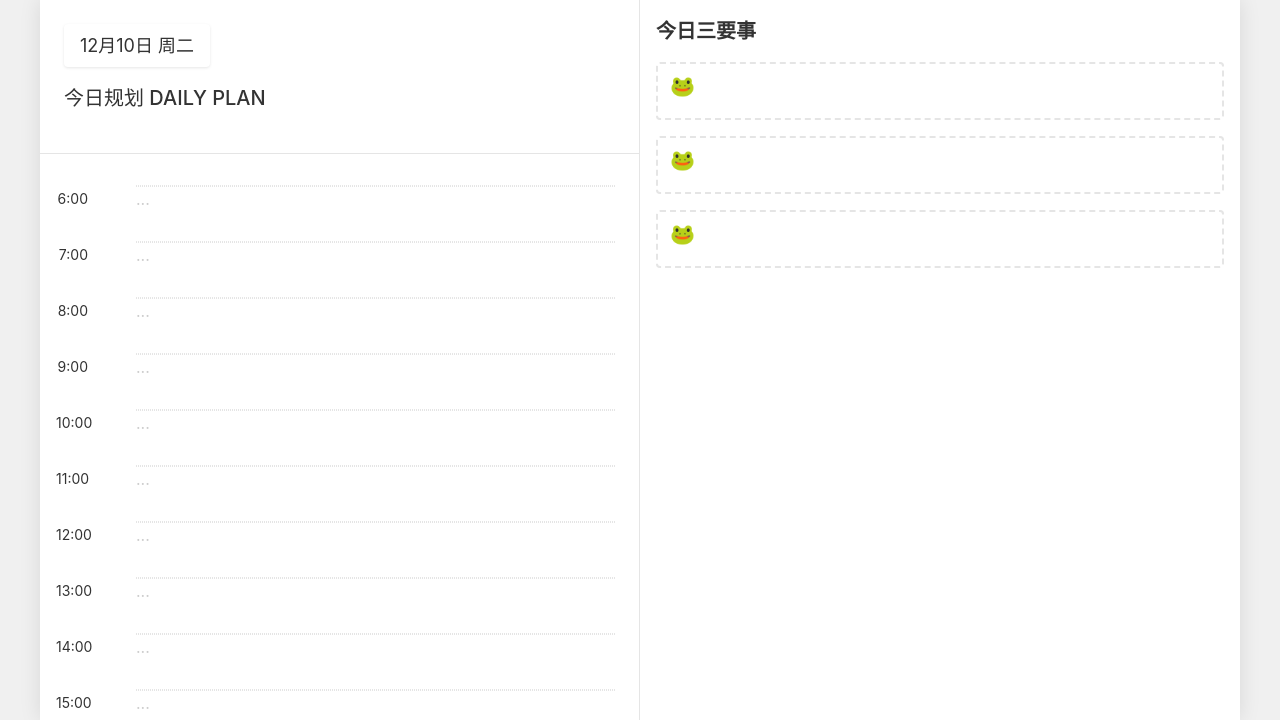
Repository: a6288a/Daily-Planner
Page: index.html
The author's editor kept a copy of each file at every save. The page is drawn from the files as they stood at one save, then again after the next save.
The browser window is 1280 px wide. The pictures show the whole page.
An inner scrolling area shows only its first screen.

Above is the page before, as saved 2024-12-10 17:34:15.

### index.html
<!DOCTYPE html>
<html lang="zh">
<head>
    <meta charset="UTF-8">
    <meta name="viewport" content="width=device-width, initial-scale=1.0">
    <title>每日规划笔记本</title>
    <link rel="stylesheet" href="styles.css">
</head>
<body>
    <div class="container">
        <!-- 左侧时间轴区域 -->
        <div class="timeline-area">
            <!-- 顶部日期区域 -->
            <div class="date-header">
                <div class="current-date" id="current-date">
                    <!-- 日期将通过 JS 动态生成 -->
                </div>
                <h1 class="page-title">今日规划 DAILY PLAN</h1>
            </div>
            <div class="timeline-container" id="timeline-container">
                <!-- 时间轴将通过 JS 动态生成 -->
            </div>
        </div>

        <!-- 右侧区域 -->
        <div class="right-area">
            <!-- 三只青蛙区域 -->
            <div class="frogs-area">
                <h2 class="frogs-title">今日三要事</h2>
                <div class="frog-tasks">
                    <div class="frog-task">
                        <span class="frog-emoji">🐸</span>
                        <div class="task-content" data-index="0">点击设置重要事项</div>
                        <button class="task-clear" title="清除">×</button>
                    </div>
                    <div class="frog-task">
                        <span class="frog-emoji">🐸</span>
                        <div class="task-content" data-index="1">点击设置重要事项</div>
                        <button class="task-clear" title="清除">×</button>
                    </div>
                    <div class="frog-task">
                        <span class="frog-emoji">🐸</span>
                        <div class="task-content" data-index="2">点击设置重要事项</div>
                        <button class="task-clear" title="清除">×</button>
                    </div>
                </div>
            </div>

            <!-- 自由记录区域 -->
            <div class="free-area" id="free-area">
                <!-- 便签将通过 JS 动态生成 -->
            </div>
        </div>
    </div>
    <script src="script.js"></script>
</body>
</html>

### styles.css
:root {
    /* 纸张风格颜色变量 */
    --paper-color: #ffffff;
    --ink-color: #333333;
    --dot-color: #cccccc;
    --line-color: #e5e5e5;
    --accent-color: #4a90e2;

    /* 间距变量 */
    --spacing-unit: 8px;

    /* 字体变量 */
    --title-font: 'PingFang SC', -apple-system, BlinkMacSystemFont, 'Segoe UI', Roboto, sans-serif;
}

* {
    margin: 0;
    padding: 0;
    box-sizing: border-box;
}

body {
    font-family: var(--title-font);
    color: var(--ink-color);
    background-color: #f0f0f0;
    line-height: 1.5;
}

.container {
    display: grid;
    grid-template-columns: 1fr 1fr;
    min-height: 100vh;
    width: 100%;
    max-width: 1200px;
    margin: 0 auto;
    background: var(--paper-color);
    box-shadow: 0 0 20px rgba(0,0,0,0.1);
}

/* 日期头部样式 */
.date-header {
    padding: calc(var(--spacing-unit) * 3);
    border-bottom: 1px solid var(--line-color);
}

.page-title {
    font-size: 1.25rem;
    font-weight: 500;
    margin-bottom: calc(var(--spacing-unit) * 2);
    color: var(--ink-color);
}

.calendar {
    font-size: 0.75rem;
    color: var(--ink-color);
}

.month-grid {
    display: grid;
    grid-template-columns: repeat(12, 1fr);
    gap: 4px;
    margin-bottom: calc(var(--spacing-unit) * 2);
}

.weekday-row {
    display: grid;
    grid-template-columns: repeat(7, 1fr);
    gap: 4px;
}

/* 时间轴区域样式 */
.timeline-area {
    border-right: 1px solid var(--line-color);
    background: var(--paper-color);
    height: 100vh;
    overflow-y: auto;
    padding: 0;
}

.timeline-container {
    padding: calc(var(--spacing-unit) * 2);
}

.time-slot {
    position: relative;
    padding: calc(var(--spacing-unit) * 1.5) 0;
    margin-left: calc(var(--spacing-unit) * 6);
    min-height: 32px;
    display: flex;
    align-items: center;
}

.time-label {
    position: absolute;
    left: calc(var(--spacing-unit) * -6);
    top: 50%;
    transform: translateY(-50%);
    font-size: 0.875rem;
    color: var(--ink-color);
    width: calc(var(--spacing-unit) * 4);
    text-align: right;
}

.time-content {
    position: relative;
    flex: 1;
    margin-left: calc(var(--spacing-unit) * 3);
    min-height: 24px;
    padding: 4px 8px;
    cursor: text;
    z-index: 1;
}

/* 点状引导线 */
.time-content::before {
    content: '';
    position: absolute;
    left: calc(var(--spacing-unit) * -2);
    right: 8px;
    top: 50%;
    border-top: 1px dotted var(--dot-color);
    z-index: -1;
}

/* 时间轴内容的占位符 */
.time-content:empty::before {
    content: '...';
    color: var(--dot-color);
    position: absolute;
    left: 8px;
    top: 50%;
    transform: translateY(-50%);
    z-index: 0;
}

/* 时间轴内容的编辑状态 */
.time-content:focus {
    outline: none;
    background-color: rgba(74, 144, 226, 0.05);
}

.time-content:hover {
    background-color: rgba(0, 0, 0, 0.02);
}

/* 自由区域样式 */
.free-area {
    flex: 1;
    overflow: auto;
    padding: calc(var(--spacing-unit) * 2);
    position: relative;
    overflow: hidden;
}

.note {
    position: absolute;
    min-width: 200px;
    min-height: 120px;
    max-width: calc(100% - 20px);
    max-height: calc(100% - 20px);
    background: var(--paper-color);
    border-radius: 4px;
    padding: 0;
    box-shadow: 0 2px 4px rgba(0,0,0,0.1);
    user-select: none;
    transform: translate3d(0, 0, 0);
    transition: box-shadow 0.2s ease;
}

.note:hover {
    box-shadow: 0 4px 8px rgba(0,0,0,0.15);
}

.editable {
    width: 100%;
    height: 100%;
    border: none;
    resize: none;
    font-family: inherit;
    font-size: 0.9375rem;
    color: var(--text-primary);
    background: transparent;
    padding: 0;
}

.editable:focus {
    outline: none;
}

/* 响应式设计 */
@media (max-width: 768px) {
    .container {
        grid-template-columns: 1fr; /* 在小屏幕上堆叠显示 */
    }

    .timeline-area,
    .right-area {
        height: 50vh; /* 上下各占一半 */
    }

    .time-label {
        font-size: 0.75rem;
        left: calc(var(--spacing-unit) * -6);
    }

    .note {
        min-width: 160px;
        min-height: 100px;
    }
}

/* 滚动条美化 */
::-webkit-scrollbar {
    width: 8px;
}

::-webkit-scrollbar-track {
    background: var(--background-color);
}

::-webkit-scrollbar-thumb {
    background: var(--primary-light);
    border-radius: 4px;
}

::-webkit-scrollbar-thumb:hover {
    background: var(--primary-color);
}

/* 修改右侧区域结构 */
.right-area {
    display: flex;
    flex-direction: column;
    height: 100vh;
    background: var(--background-color);
}

/* 三只蛙区域样式 */
.frogs-area {
    background: var(--surface-color);
    padding: calc(var(--spacing-unit) * 2);
    box-shadow: var(--shadow-1);
    border-bottom: 1px solid var(--border-color);
}

.frogs-title {
    font-size: 1.25rem;
    color: var(--text-primary);
    margin-bottom: calc(var(--spacing-unit) * 2);
    display: flex;
    align-items: center;
    gap: var(--spacing-unit);
}

.frog-emoji {
    font-size: 1.25rem;
    line-height: 1;
}

.frog-tasks {
    display: grid;
    gap: calc(var(--spacing-unit) * 2);
    margin-bottom: var(--spacing-unit);
}

.frog-task {
    display: flex;
    align-items: center;
    gap: calc(var(--spacing-unit) * 2);
    padding: calc(var(--spacing-unit) * 1.5);
    background: var(--paper-color);
    border: 2px dashed var(--line-color);
    border-radius: 4px;
    min-height: calc(var(--spacing-unit) * 6);
    transition: all 0.2s ease;
    cursor: pointer;
}

.frog-task:hover {
    border-color: var(--accent-color);
    background-color: rgba(74, 144, 226, 0.05);
}

.task-content {
    flex: 1;
    color: var(--text-secondary);
}

.task-content.has-content {
    color: var(--ink-color);
}

.task-clear {
    opacity: 0;
    background: none;
    border: none;
    font-size: 1.2rem;
    color: var(--text-secondary);
    cursor: pointer;
    padding: 4px;
    transition: all 0.2s ease;
}

.frog-task:hover .task-clear {
    opacity: 0.6;
}

.task-clear:hover {
    opacity: 1 !important;
    color: #ff4444;
}

/* 修改自由区域样式 */
.free-area {
    flex: 1;
    overflow: auto;
    padding: calc(var(--spacing-unit) * 2);
    position: relative;
}

/* 响应式设计更新 */
@media (max-width: 768px) {
    .container {
        grid-template-columns: 1fr;
    }

    .timeline-area,
    .right-area {
        height: 50vh;
    }

    .frogs-area {
        padding: var(--spacing-unit);
    }

    .frog-tasks {
        gap: var(--spacing-unit);
    }

    .frog-task {
        padding: var(--spacing-unit);
        min-height: calc(var(--spacing-unit) * 5);
    }
}

/* 修改日期头部样式 */
.current-date {
    font-size: 1rem;
    color: var(--ink-color);
    margin-bottom: calc(var(--spacing-unit) * 2);
    cursor: pointer;
    display: inline-block;
    padding: 8px 16px;
    border-radius: 4px;
    background-color: var(--paper-color);
    box-shadow: 0 1px 3px rgba(0,0,0,0.1);
    transition: all 0.2s ease;
}

.current-date:hover {
    background-color: var(--line-color);
    box-shadow: 0 2px 5px rgba(0,0,0,0.15);
}

/* 修改签样式 */
.note {
    position: absolute;
    min-width: 200px;
    min-height: 120px;
    background: var(--paper-color);
    border-radius: 4px;
    padding: 0;
    box-shadow: 0 2px 4px rgba(0,0,0,0.1);
    user-select: none;
    transform: translate3d(0, 0, 0);
}

.note-header {
    padding: 8px;
    background-color: rgba(0, 0, 0, 0.02);
    border-top-left-radius: 4px;
    border-top-right-radius: 4px;
    border-bottom: 1px solid var(--line-color);
    cursor: grab;
}

.note-header:active {
    cursor: grabbing;
}

.note-content {
    padding: calc(var(--spacing-unit) * 2);
    min-height: 80px;
    user-select: text;
}

.note-header {
    display: flex;
    justify-content: flex-end;
    margin-bottom: var(--spacing-unit);
}

.delete-note {
    background: none;
    border: none;
    color: var(--ink-color);
    cursor: pointer;
    padding: 4px;
    opacity: 0.6;
    transition: opacity 0.2s;
}

.delete-note:hover {
    opacity: 1;
}

/* 修改青蛙任务样式 */
.frog-task {
    display: flex;
    align-items: flex-start;
    gap: calc(var(--spacing-unit) * 2);
    padding: calc(var(--spacing-unit) * 1.5);
    background: var(--paper-color);
    border: 2px dashed var(--line-color);
    border-radius: 4px;
    min-height: calc(var(--spacing-unit) * 6);
    transition: all 0.2s ease;
}

.frog-emoji {
    font-size: 1.25rem;
    line-height: 1;
}

.task-content {
    flex: 1;
    min-height: 24px;
    position: relative;
    pointer-events: none;
}

.task-content:empty::before {
    content: attr(data-placeholder);
    color: var(--dot-color);
    position: absolute;
    pointer-events: none;
}

/* 拖拽相关样式 */
.dragging {
    opacity: 0.5;
    cursor: grabbing;
}

.drag-over {
    border-color: var(--accent-color);
    background-color: rgba(74, 144, 226, 0.1);
    transform: scale(1.02);
}

/* 日期显示样式 */
.current-date {
    font-size: 1rem;
    color: var(--ink-color);
    margin-bottom: calc(var(--spacing-unit) * 2);
    cursor: pointer;
    display: inline-block;
    padding: 8px 16px;
    border-radius: 4px;
    background-color: var(--paper-color);
    box-shadow: 0 1px 3px rgba(0,0,0,0.1);
    transition: all 0.2s ease;
}

.current-date:hover {
    background-color: var(--line-color);
    box-shadow: 0 2px 5px rgba(0,0,0,0.15);
}

/* 便签内容样式 */
.note-content {
    min-height: 60px;
    outline: none;
    padding: 4px;
}

.note-content:focus {
    background-color: rgba(74, 144, 226, 0.05);
}

/* 日期选择器容器 */
.date-picker-container {
    position: relative;
    margin-bottom: calc(var(--spacing-unit) * 2);
}

.current-date {
    font-size: 1.125rem;
    color: var(--ink-color);
    cursor: pointer;
    display: inline-block;
    padding: 8px 16px;
    border-radius: 4px;
    background-color: var(--paper-color);
    box-shadow: 0 1px 3px rgba(0,0,0,0.1);
    transition: all 0.2s ease;
    user-select: none;
}

.current-date:hover {
    background-color: var(--line-color);
    box-shadow: 0 2px 5px rgba(0,0,0,0.15);
}

/* 自定义日期选择样式 */
input[type="date"] {
    position: absolute;
    top: 0;
    left: 0;
    opacity: 0;
    width: 100%;
    height: 100%;
    cursor: pointer;
}

.note {
    transition: transform 0.2s ease;
}

.dragging-to-frog {
    transform: scale(0.95);
    opacity: 0.8;
    cursor: move !important;
}

.dragging {
    opacity: 0.5;
}

Loaded but not shown: script.js (503 lines, source omitted)

After the next save:
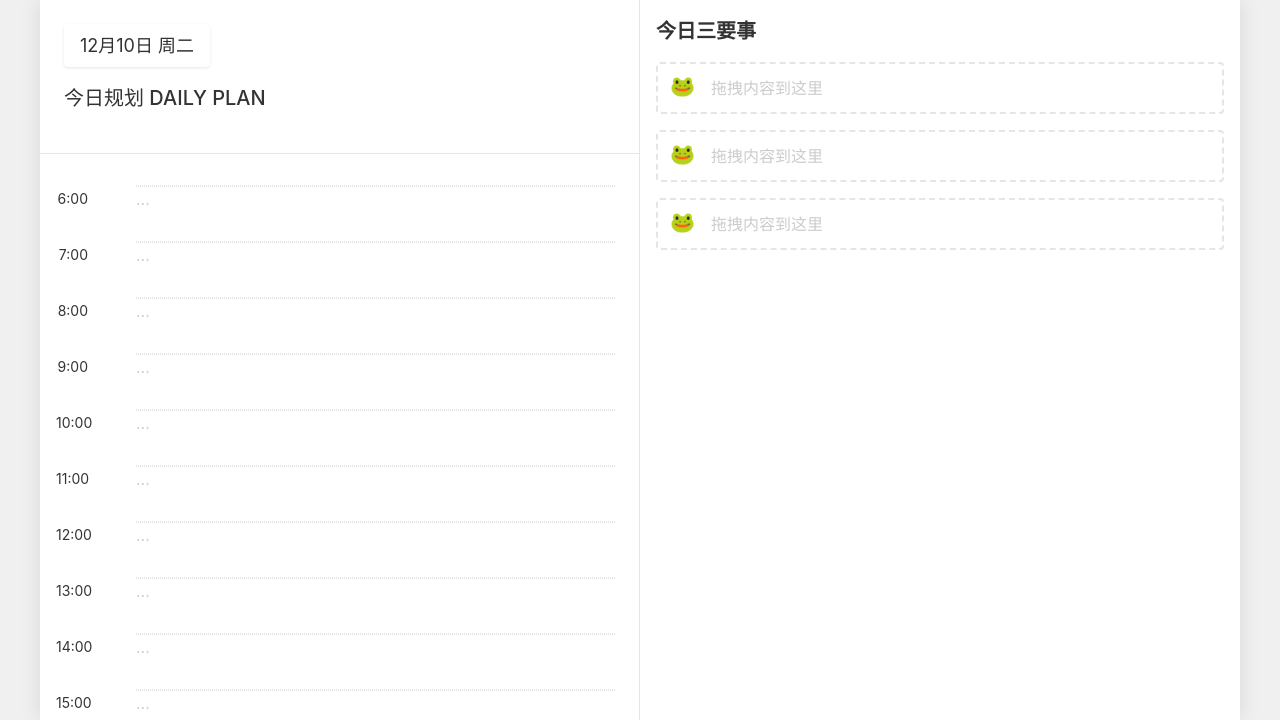
Saved 14 s later.
--- a/index.html
+++ b/index.html
@@ -28,20 +28,17 @@
             <div class="frogs-area">
                 <h2 class="frogs-title">今日三要事</h2>
                 <div class="frog-tasks">
-                    <div class="frog-task">
+                    <div class="frog-task" data-index="0">
                         <span class="frog-emoji">🐸</span>
-                        <div class="task-content" data-index="0">点击设置重要事项</div>
-                        <button class="task-clear" title="清除">×</button>
+                        <div class="task-content" data-placeholder="拖拽内容到这里"></div>
                     </div>
-                    <div class="frog-task">
+                    <div class="frog-task" data-index="1">
                         <span class="frog-emoji">🐸</span>
-                        <div class="task-content" data-index="1">点击设置重要事项</div>
-                        <button class="task-clear" title="清除">×</button>
+                        <div class="task-content" data-placeholder="拖拽内容到这里"></div>
                     </div>
-                    <div class="frog-task">
+                    <div class="frog-task" data-index="2">
                         <span class="frog-emoji">🐸</span>
-                        <div class="task-content" data-index="2">点击设置重要事项</div>
-                        <button class="task-clear" title="清除">×</button>
+                        <div class="task-content" data-placeholder="拖拽内容到这里"></div>
                     </div>
                 </div>
             </div>
--- a/styles.css
+++ b/styles.css
@@ -536,3 +536,35 @@ input[type="date"] {
 .dragging {
     opacity: 0.5;
 }
+
+.task-menu {
+    position: absolute;
+    background: white;
+    border-radius: 4px;
+    box-shadow: 0 2px 10px rgba(0,0,0,0.1);
+    max-width: 300px;
+    max-height: 400px;
+    overflow-y: auto;
+    z-index: 1000;
+}
+
+.menu-section {
+    padding: 8px;
+}
+
+.menu-section h3 {
+    font-size: 0.9rem;
+    color: var(--text-secondary);
+    margin-bottom: 8px;
+}
+
+.menu-item {
+    padding: 8px;
+    cursor: pointer;
+    border-radius: 4px;
+    transition: all 0.2s ease;
+}
+
+.menu-item:hover {
+    background-color: rgba(74, 144, 226, 0.1);
+}
